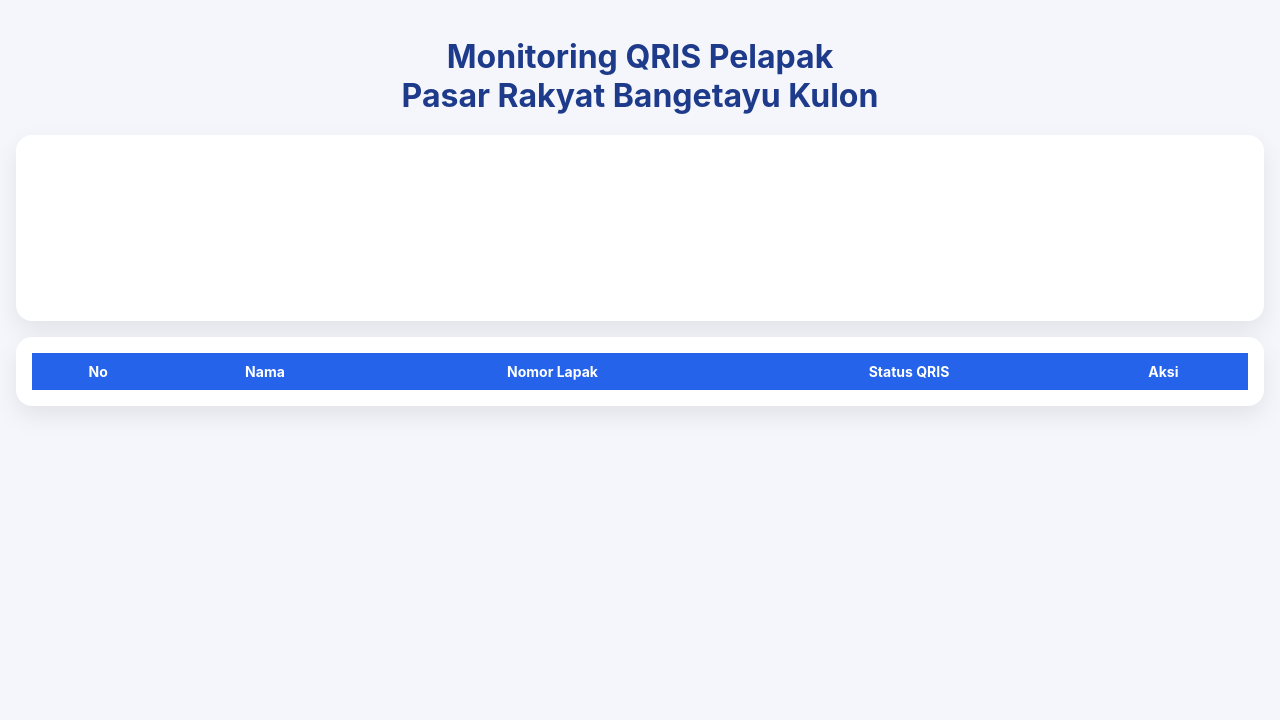
Repository: pasarrakyatbak/monitoringqrispelapak
Page: qris.html
The author's editor kept a copy of each file at every save. The page is drawn from the files as they stood at one save, then again after the next save.
The browser window is 1280 px wide. The pictures show the whole page.
The page's requests for data from a server got no answer.

Above is the page before, as saved 2026-01-06 19:08:49.

### qris.html
<!DOCTYPE html>
<html>

<head>
    <base target="_top">
    <meta name="viewport" content="width=device-width, initial-scale=1">
    <title>Monitoring QRIS Pelapak</title>

    <!-- CSS -->
    <link rel="stylesheet" href="qris.css">

    <!-- Chart.js -->
    <script src="https://cdn.jsdelivr.net/npm/chart.js"></script>
</head>

<body>

    <h1>Monitoring QRIS Pelapak<br>Pasar Rakyat Bangetayu Kulon</h1>

    <div class="card">
        <canvas id="chartQRIS"></canvas>
    </div>

    <div class="card">
        <table>
            <thead>
                <tr>
                    <th>No</th>
                    <th>Nama</th>
                    <th>Nomor Lapak</th>
                    <th>Status QRIS</th>
                    <th>Aksi</th>
                </tr>
            </thead>
            <tbody id="dataQRIS"></tbody>
        </table>
    </div>

    <!-- JS -->
    <script src="qris.js"></script>

</body>

</html>

### qris.css
body {
    font-family: Inter, Arial, sans-serif;
    background: #f4f6fb;
    margin: 0;
    padding: 16px;
}

h1 {
    text-align: center;
    color: #1e3a8a;
    margin-bottom: 20px;
}

.card {
    background: #ffffff;
    border-radius: 16px;
    padding: 16px;
    margin-bottom: 16px;
    box-shadow: 0 10px 25px rgba(0, 0, 0, .08);
}

table {
    width: 100%;
    border-collapse: collapse;
}

th {
    background: #2563eb;
    color: white;
    padding: 10px;
    font-size: 14px;
}

td {
    padding: 8px;
    border-bottom: 1px solid #eee;
    font-size: 14px;
}

input,
select {
    width: 100%;
    padding: 6px;
    border-radius: 8px;
    border: 1px solid #ddd;
}

button {
    background: #2563eb;
    color: white;
    border: none;
    padding: 6px 10px;
    border-radius: 8px;
    cursor: pointer;
}

button:hover {
    background: #1e40af;
}

### qris.js
// ===================================
// KONFIGURASI
// ===================================
const BASE_URL = "https://script.google.com/macros/s/AKfycby4z2qZ24SrJkcyGpybH29lSUC_3_z1LG-7wSmTzpaOEXrwjXf0Cl3hqkg95qAxPj1-/exec";

let chartQRIS = null;

// ===================================
// INIT
// ===================================
document.addEventListener("DOMContentLoaded", () => {
    loadDataQRIS();
    loadStatistikQRIS();
});

// ===================================
// STATISTIK & GRAFIK
// ===================================
function loadStatistikQRIS() {
    fetch(`${BASE_URL}?action=statistikQRIS`)
        .then(res => res.json())
        .then(drawChartQRIS)
        .catch(err => console.error("Statistik error:", err));
}

function drawChartQRIS(stat) {
    const ctx = document.getElementById("chartQRIS");

    if (chartQRIS) chartQRIS.destroy();

    chartQRIS = new Chart(ctx, {
        type: "doughnut",
        data: {
            labels: ["Sudah QRIS", "Belum QRIS"],
            datasets: [{
                data: [stat.sudah, stat.belum]
            }]
        },
        options: {
            plugins: {
                legend: { position: "bottom" },
                title: {
                    display: true,
                    text: `Progress QRIS (${stat.totalPelapak} Pelapak)`
                }
            }
        }
    });
}

// ===================================
// LOAD DATA TABEL
// ===================================
function loadDataQRIS() {
    fetch(`${BASE_URL}?action=listQRIS`)
        .then(res => res.json())
        .then(res => {
            const tbody = document.getElementById("dataQRIS");
            tbody.innerHTML = "";

            res.data.forEach(d => {
                tbody.innerHTML += `
          <tr>
            <td>${d.no}</td>
            <td>${d.nama}</td>
            <td>
              <input id="lapak-${d.no}" value="${d.nomorLapak || ""}">
            </td>
            <td>
              <select id="qris-${d.no}">
                <option value="">-- Pilih --</option>
                <option ${d.statusQRIS === "Sudah" ? "selected" : ""}>Sudah</option>
                <option ${d.statusQRIS === "Belum" ? "selected" : ""}>Belum</option>
              </select>
            </td>
            <td>
              <button onclick="simpanQRIS(${d.no})">Simpan</button>
            </td>
          </tr>
        `;
            });
        })
        .catch(err => console.error("Load data error:", err));
}

// ===================================
// SIMPAN DATA
// ===================================
function simpanQRIS(no) {
    const params = new URLSearchParams();
    params.append("action", "updateQRISPelapak");
    params.append("no", no);
    params.append("nomorLapak", document.getElementById(`lapak-${no}`).value);
    params.append("statusQRIS", document.getElementById(`qris-${no}`).value);

    fetch(BASE_URL, {
        method: "POST",
        body: params
    })
        .then(res => res.json())
        .then(() => {
            loadDataQRIS();
            loadStatistikQRIS();
        })
        .catch(err => console.error("Simpan error:", err));
}

After the next save:
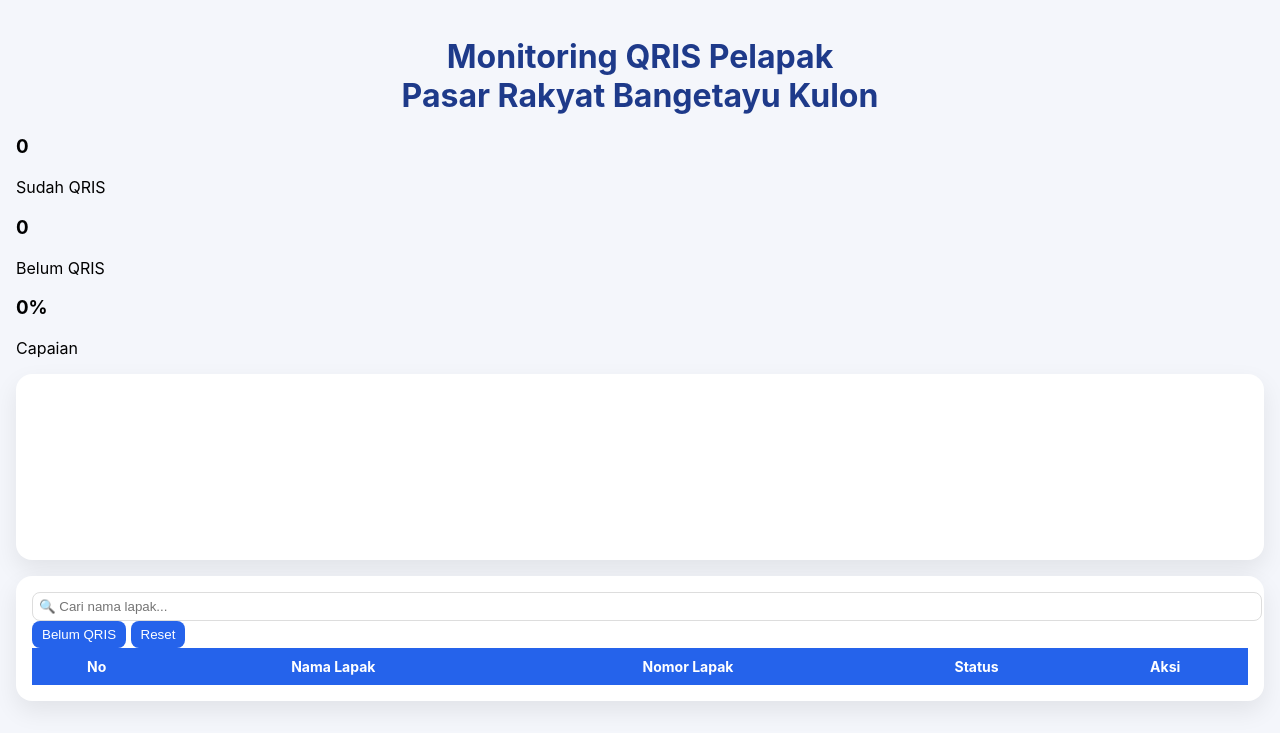
Saved 4 min 49 s later.
--- a/qris.html
+++ b/qris.html
@@ -1,8 +1,8 @@
 <!DOCTYPE html>
-<html>
+<html lang="id">
 
 <head>
-    <base target="_top">
+    <meta charset="UTF-8">
     <meta name="viewport" content="width=device-width, initial-scale=1">
     <title>Monitoring QRIS Pelapak</title>
 
@@ -17,18 +17,45 @@
 
     <h1>Monitoring QRIS Pelapak<br>Pasar Rakyat Bangetayu Kulon</h1>
 
+    <!-- Statistik -->
+    <div class="stats">
+        <div class="stat-card">
+            <h3 id="jmlSudah">0</h3>
+            <p>Sudah QRIS</p>
+        </div>
+        <div class="stat-card">
+            <h3 id="jmlBelum">0</h3>
+            <p>Belum QRIS</p>
+        </div>
+        <div class="stat-card">
+            <h3 id="persenQRIS">0%</h3>
+            <p>Capaian</p>
+        </div>
+    </div>
+
+    <!-- Grafik -->
     <div class="card">
         <canvas id="chartQRIS"></canvas>
     </div>
 
+    <!-- Toolbar -->
     <div class="card">
+        <div class="toolbar">
+            <input type="text" id="searchLapak" placeholder="🔍 Cari nama lapak..." class="search-input"
+                onkeyup="filterLapak()">
+
+            <button class="filter-btn" onclick="filterBelumQRIS()">Belum QRIS</button>
+            <button class="reset-btn" onclick="resetFilter()">Reset</button>
+        </div>
+
+        <!-- Table -->
         <table>
             <thead>
                 <tr>
                     <th>No</th>
-                    <th>Nama</th>
+                    <th>Nama Lapak</th>
                     <th>Nomor Lapak</th>
-                    <th>Status QRIS</th>
+                    <th>Status</th>
                     <th>Aksi</th>
                 </tr>
             </thead>
